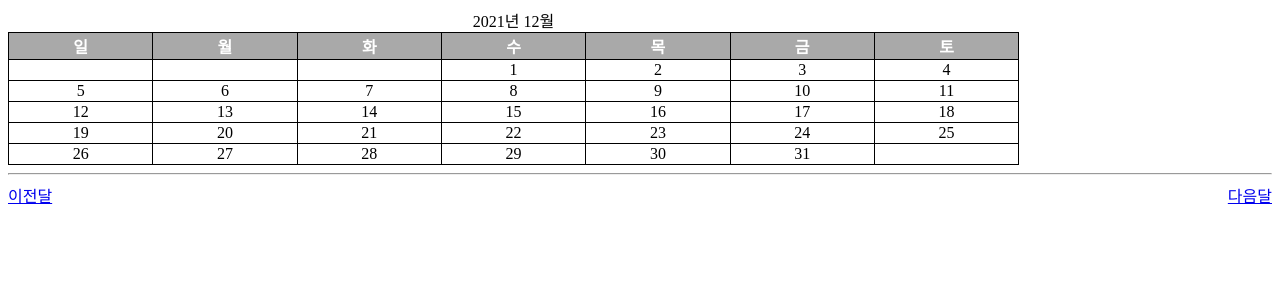
Repository: Jin0207/jsp
Page: http://localhost/day1210/calendarTest.jsp
The author's editor kept a copy of each file at every save. The page is drawn from the files as they stood at one save, then again after the next save.
The browser window is 1280 px wide. The pictures show the whole page.
The page is served by Tomcat 9. Other server files are loaded and not shown.

Above is the page before, as saved 2021-12-10 07:15:03.

### day1210/src/main/webapp/calendarTest.jsp
<%@page import="java.util.Date"%>
<%@ page language="java" contentType="text/html; charset=EUC-KR"
    pageEncoding="EUC-KR"%>
<!DOCTYPE html>
<html>
<head>
<meta charset="EUC-KR">
<title>Insert title here</title>
<style type="text/css">

	table, td, th{
		border: 1px solid black;
		text-align: center;
	}
	table{
		border-collapse: collapse;
		width: 80%;
	}
	.title{
		background: darkgray;
		color:white;
	}
	.btn{
		display: flex;
		justify-content: space-between;
	}
</style>
</head>
<body>
	<%
		int[] lastDate = {31,28,31,30,31,30,31,31,30,31,30,31};
		String[] days = {"일","월","화","수","목","금","토"};
		Date today = new Date();
		int year = today.getYear();
		int month = today.getMonth();

		if(request.getParameter("month")!=null){
			year = Integer.parseInt(request.getParameter("year"));
			month = Integer.parseInt(request.getParameter("month"));

			if(month == 12){
				year ++;
				month=0;
			}
			if(month==-1){
				year--;
				month=11;
			}
		}

		Date day = new Date(year,month,1);
		int firstDay = day.getDay();
	%>
	<table>
		<caption> <%=year +1900%>년 <%=month+1 %>월</caption>
		<tr class="title">
			<%
				for(String d: days){
			%>
					<th><%=d %></th>
			<%
				}
			%>
		</tr>
		<tr>
			<%
				for(int i=1; i <= firstDay; i++){
			%>
					<td>&nbsp;</td>
			<%
				}
				for(int i=1; i<= lastDate[month]; i++){
			%>
						<td><%=i %></td>
						<%
						if( (i+firstDay) % 7 ==0){
						%>
								</tr><tr>
						<%
						}
				}
			%>
		</tr>
	</table>
	<hr>
	<div class="btn">
	<a href="calendarTest.jsp?year=<%=year %>&month=<%=month-1%>">이전달</a>
	<a href="calendarTest.jsp?year=<%=year %>&month=<%=month+1%>">다음달</a>
	</div>
</body>
</html>

After the next save:
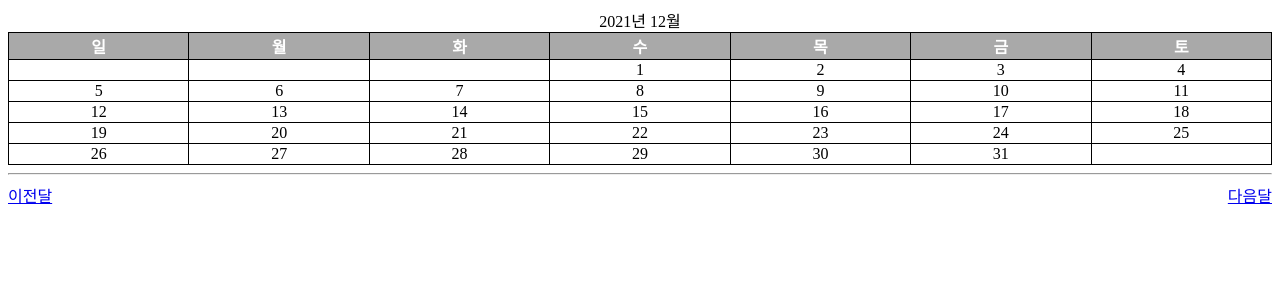
Saved 8 s later.
--- a/day1210/src/main/webapp/calendarTest.jsp
+++ b/day1210/src/main/webapp/calendarTest.jsp
@@ -14,7 +14,7 @@
 	}
 	table{
 		border-collapse: collapse;
-		width: 80%;
+		width: 100%;
 	}
 	.title{
 		background: darkgray;
